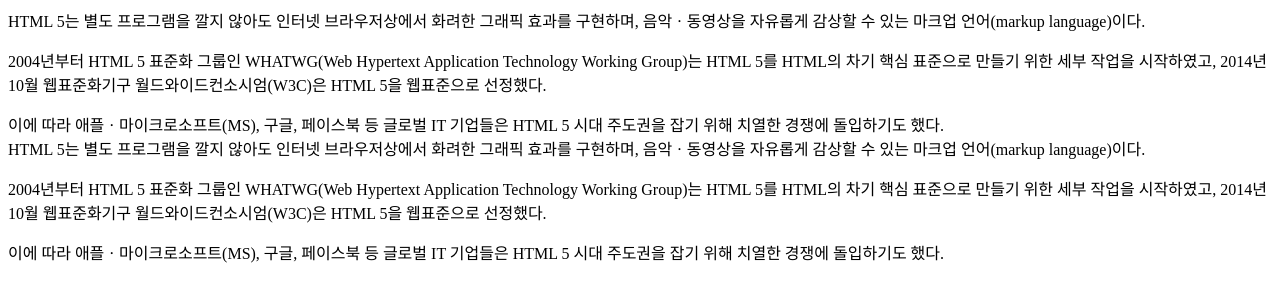
Repository: sonic247897/multicampus-web
Page: clientweb/WebContent/css/css_basic_test01.html
The author's editor kept a copy of each file at every save. The page is drawn from the files as they stood at one save, then again after the next save.
The browser window is 1280 px wide. The pictures show the whole page.

Above is the page before, as saved 2020-01-03 00:33:41.

### clientweb/WebContent/css/css_basic_test01.html
<!DOCTYPE html>
<html>
<head>
	<meta charset="EUC-KR">
	<title>Insert title here</title>
	<style type = "text/css">
		p{

		}
	</style>
</head>
<body>
	<div>
		HTML 5는 별도 프로그램을 깔지 않아도 인터넷 브라우저상에서 화려한 그래픽 효과를
		구현하며, 음악ㆍ동영상을 자유롭게 감상할 수 있는 마크업 언어(markup language)이다.
	</div>
	<p>
		2004년부터  HTML 5 표준화 그룹인 WHATWG(Web Hypertext Application Technology
		Working Group)는 HTML 5를 HTML의 차기 핵심 표준으로 만들기 위한 세부 작업을 시작하였고,
		2014년 10월 웹표준화기구 월드와이드컨소시엄(W3C)은 HTML 5을 웹표준으로 선정했다.
	</p>
	<div>
		이에 따라 애플ㆍ마이크로소프트(MS), 구글, 페이스북 등 글로벌 IT 기업들은 HTML 5 시대
		주도권을 잡기 위해 치열한 경쟁에 돌입하기도 했다.
	</div>
	<div>
		HTML 5는 별도 프로그램을 깔지 않아도 인터넷 브라우저상에서 화려한 그래픽 효과를
		구현하며, 음악ㆍ동영상을 자유롭게 감상할 수 있는 마크업 언어(markup language)이다.
	</div>
	<p>
		2004년부터  HTML 5 표준화 그룹인 WHATWG(Web Hypertext Application Technology
		Working Group)는 HTML 5를 HTML의 차기 핵심 표준으로 만들기 위한 세부 작업을 시작하였고,
		2014년 10월 웹표준화기구 월드와이드컨소시엄(W3C)은 HTML 5을 웹표준으로 선정했다.
	</p>
	<div>
		이에 따라 애플ㆍ마이크로소프트(MS), 구글, 페이스북 등 글로벌 IT 기업들은 HTML 5 시대
		주도권을 잡기 위해 치열한 경쟁에 돌입하기도 했다.
	</div>
</body>
</html>

After the next save:
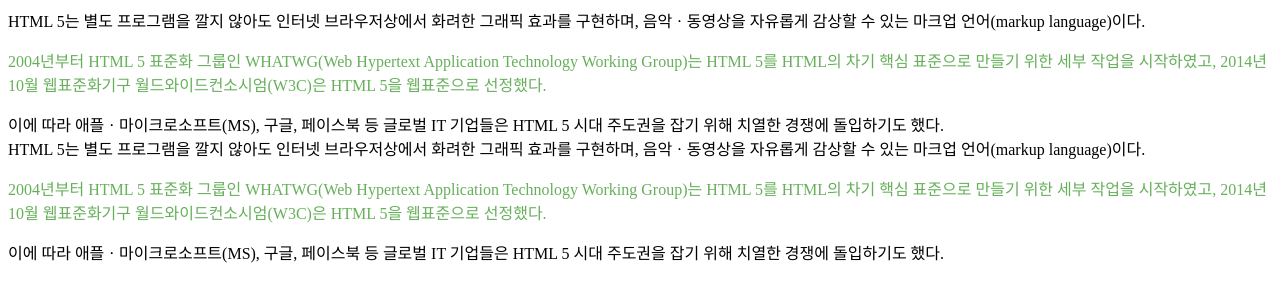
Saved 2 min 48 s later.
--- a/clientweb/WebContent/css/css_basic_test01.html
+++ b/clientweb/WebContent/css/css_basic_test01.html
@@ -5,6 +5,7 @@
 	<title>Insert title here</title>
 	<style type = "text/css">
 		p{
+			color:#66b05a;
 
 		}
 	</style>
